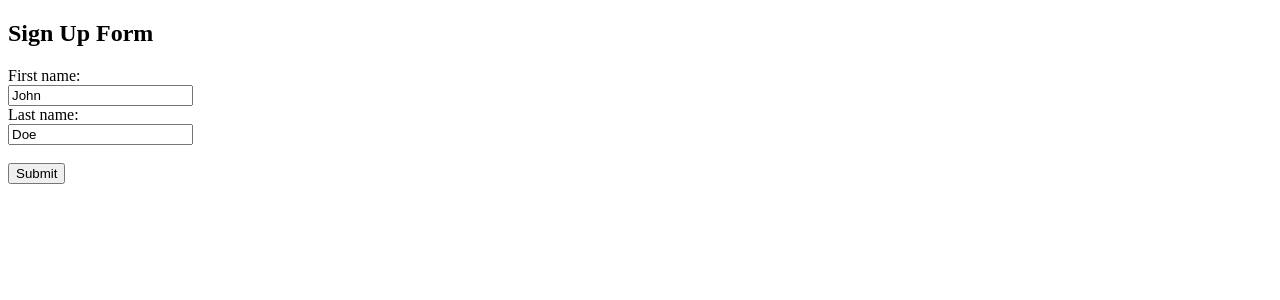
Repository: Rohitcoolkashyap/test1
Page: index.html
These files come from the project's save history. The page is drawn as it stood at one moment and after a run of saves; the edit follows.
The browser window is 1280 px wide. The pictures show the whole page.

Above is the page before, as saved 2022-08-05 11:50:20.

### index.html
<!DOCTYPE html>
<html>

<body>

<h2>Sign Up Form</h2>


<form id="myForm"">
  <label for="fname">First name:</label><br>
  <input type="text" id="fname" name="fname" value="John"><br>
  <label for="lname">Last name:</label><br>
  <input type="text" id="lname" name="lname" value="Doe"><br><br>
  <input type="submit" value="Submit">
</form>

<script>


    var form = document.getElementById("myForm");
    function handleForm(event) { event.preventDefault();
    let fname = form[0].value;
    let lname = form[1].value;
    let data = [fname,lname];

    postAsync(data);

    }
    form.addEventListener('submit', handleForm)

    function postAsync(url2get, sendstr)    {
    var req;
    if (window.XMLHttpRequest) {
        req = new XMLHttpRequest();
        } else if (window.ActiveXObject) {
        req = new ActiveXObject("Microsoft.XMLHTTP");
        }
    if (req != undefined) {
        // req.overrideMimeType("application/json"); // if request result is JSON
        try {
            req.open("POST", url2get, false); // 3rd param is whether "async"
            }
        catch(err) {
            alert("couldnt complete request. Is JS enabled for that domain?\\n\\n" + err.message);
            return false;
            }
        req.send(sendstr); // param string only used for POST

        if (req.readyState == 4) { // only if req is "loaded"
            if (req.status == 200)  // only if "OK"
                { return req.responseText ; }
            else    { return "XHR error: " + req.status +" "+req.statusText; }
            }
        }
    alert("req for getAsync is undefined");
}

    </script>
</body>
</html>

After the next 2 saves:
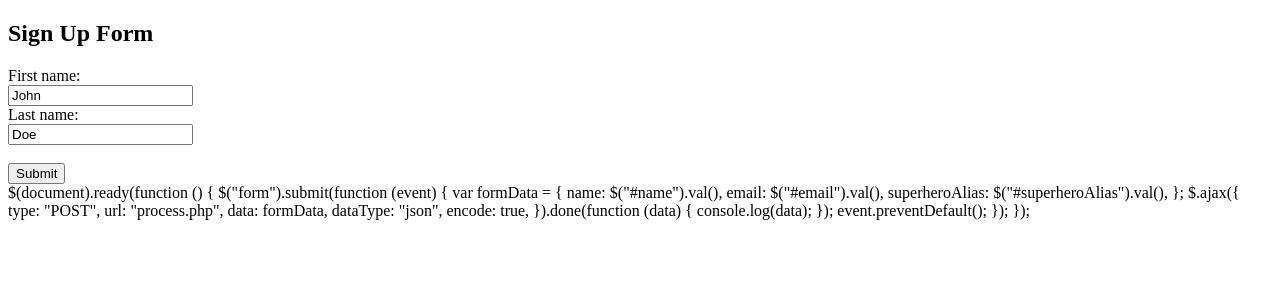
The 2 saves are shown as one change because they came seconds apart.
The last was saved 10 s later.
--- a/index.html
+++ b/index.html
@@ -28,33 +28,54 @@
     }
     form.addEventListener('submit', handleForm)
 
-    function postAsync(url2get, sendstr)    {
-    var req;
-    if (window.XMLHttpRequest) {
-        req = new XMLHttpRequest();
-        } else if (window.ActiveXObject) {
-        req = new ActiveXObject("Microsoft.XMLHTTP");
-        }
-    if (req != undefined) {
-        // req.overrideMimeType("application/json"); // if request result is JSON
-        try {
-            req.open("POST", url2get, false); // 3rd param is whether "async"
-            }
-        catch(err) {
-            alert("couldnt complete request. Is JS enabled for that domain?\\n\\n" + err.message);
-            return false;
-            }
-        req.send(sendstr); // param string only used for POST
+//     function postAsync(url2get, sendstr)    {
+//     var req;
+//     if (window.XMLHttpRequest) {
+//         req = new XMLHttpRequest();
+//         } else if (window.ActiveXObject) {
+//         req = new ActiveXObject("Microsoft.XMLHTTP");
+//         }
+//     if (req != undefined) {
+//         // req.overrideMimeType("application/json"); // if request result is JSON
+//         try {
+//             req.open("POST", url2get, false); // 3rd param is whether "async"
+//             }
+//         catch(err) {
+//             alert("couldnt complete request. Is JS enabled for that domain?\\n\\n" + err.message);
+//             return false;
+//             }
+//         req.send(sendstr); // param string only used for POST
 
-        if (req.readyState == 4) { // only if req is "loaded"
-            if (req.status == 200)  // only if "OK"
-                { return req.responseText ; }
-            else    { return "XHR error: " + req.status +" "+req.statusText; }
-            }
-        }
-    alert("req for getAsync is undefined");
-}
+//         if (req.readyState == 4) { // only if req is "loaded"
+//             if (req.status == 200)  // only if "OK"
+//                 { return req.responseText ; }
+//             else    { return "XHR error: " + req.status +" "+req.statusText; }
+//             }
+//         }
+//     alert("req for getAsync is undefined");
+// }
 
     </script>
+    $(document).ready(function () {
+        $("form").submit(function (event) {
+          var formData = {
+            name: $("#name").val(),
+            email: $("#email").val(),
+            superheroAlias: $("#superheroAlias").val(),
+          };
+
+          $.ajax({
+            type: "POST",
+            url: "process.php",
+            data: formData,
+            dataType: "json",
+            encode: true,
+          }).done(function (data) {
+            console.log(data);
+          });
+
+          event.preventDefault();
+        });
+      });
 </body>
 </html>

After the save that followed:
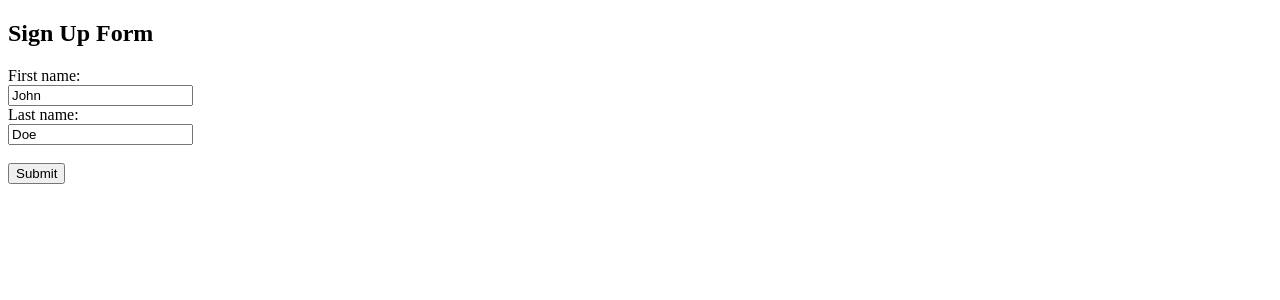
Saved 4 s later.
--- a/index.html
+++ b/index.html
@@ -56,26 +56,6 @@
 // }
 
     </script>
-    $(document).ready(function () {
-        $("form").submit(function (event) {
-          var formData = {
-            name: $("#name").val(),
-            email: $("#email").val(),
-            superheroAlias: $("#superheroAlias").val(),
-          };
 
-          $.ajax({
-            type: "POST",
-            url: "process.php",
-            data: formData,
-            dataType: "json",
-            encode: true,
-          }).done(function (data) {
-            console.log(data);
-          });
-
-          event.preventDefault();
-        });
-      });
 </body>
 </html>
